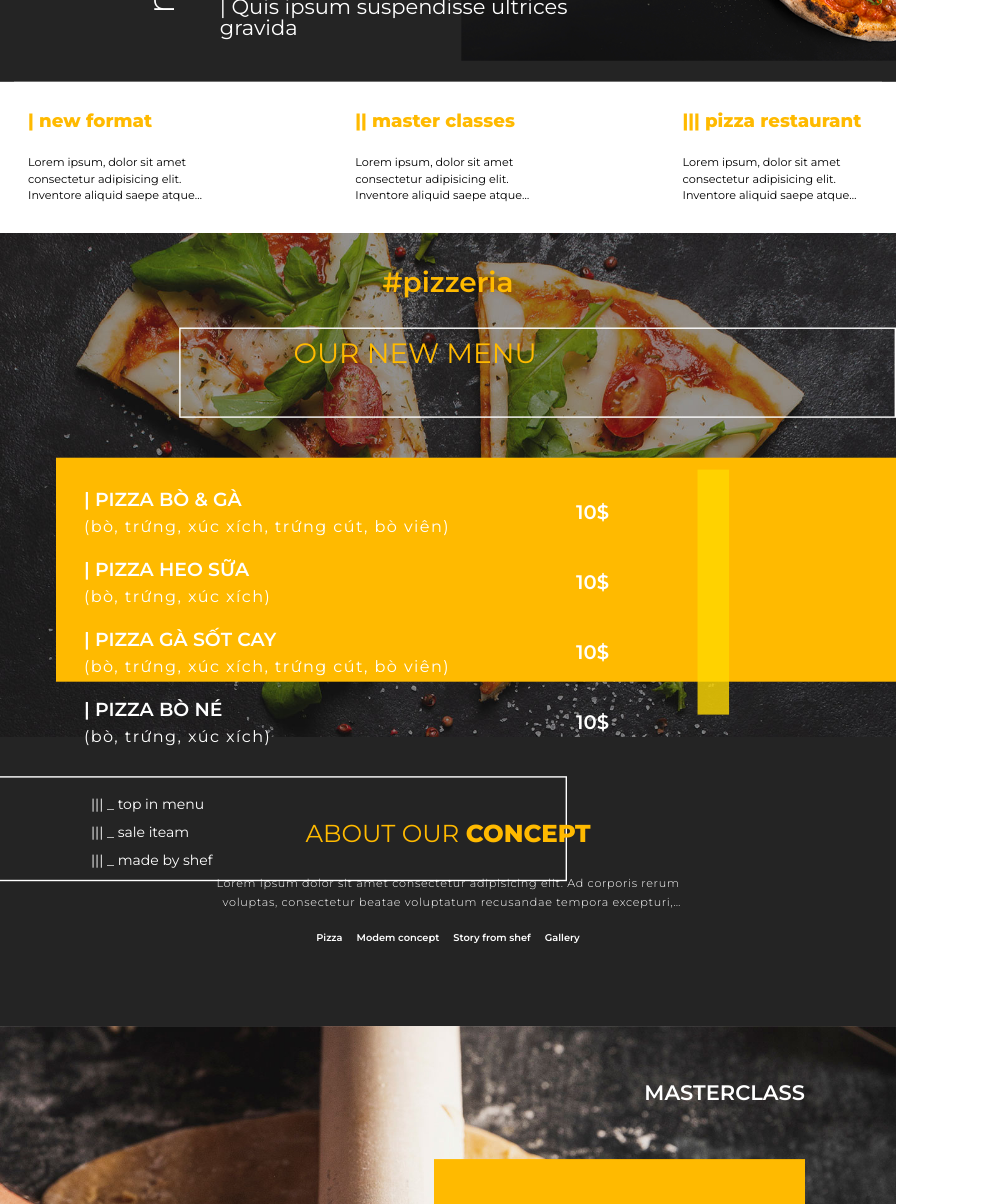
Repository: phu1204/pizzeria.github.io
Page: index.html
These files come from the project's save history. The page is drawn as it stood at one moment and after the next save; the edit follows.
The browser window is 1280 px wide. The page is 1419 px wide, so the pictures cover 1419 px, including what lies to the right of the window. The pictures show the part of the page from y = 1107 to 2827 px (the page is 4798 px tall), at 70% of full size.
The style sheet was rebuilt from its Sass, Less or Tailwind sources for each picture, by a compiler version that may differ from the author's.

Above is the page before, as saved 2021-07-29 22:05:31.

### index.html
<!DOCTYPE html>
<html lang="en">
  <head>
    <meta charset="UTF-8" />
    <meta http-equiv="X-UA-Compatible" content="IE=edge" />
    <meta name="viewport" content="width=device-width, initial-scale=1.0" />
    <title>#pizzeria</title>
    <link rel = "icon" href =
    "images/pizza.png"
            type = "image/x-icon">
    <link rel="preconnect" href="https://fonts.googleapis.com">
    <link rel="preconnect" href="https://fonts.gstatic.com" crossorigin>
    <link href="https://fonts.googleapis.com/css2?family=Montserrat:wght@300;400;600;800&display=swap" rel="stylesheet">
    <link rel="stylesheet" href="https://cdnjs.cloudflare.com/ajax/libs/font-awesome/5.15.3/css/all.min.css">
    <link rel="stylesheet" href="reset.css">
    <link rel="stylesheet" href="style.css">

  </head>
  <body>
      <div class="wrapper">
        <div class="container">
          <header id="header" class="header">
             <a href="#" class="header-logo">#pizzeria.</a>
             <nav class="header-menu">
               <ul class="header-list">
                 <li class="header-item"><a href="#menu" class="header-link">Menu</a></li>
                 <li class="header-item"><a href="#blog" class="header-link">Blog</a></li>
                 <li class="header-item"><a href="#about" class="header-link">About us</a></li>
                 <li class="header-item"><a href="#contact" class="header-link">Contacts</a></li>

               </ul>
               <i class="fas fa-times header-times"></i>
             </nav>
             <div class="header-info">
                <button href="" class="header-icon icon-search"><i class="fas fa-search"></i></button>
                <a href="" class="header-icon"><i class="fas fa-user"></i></a>
                <a href="" class="header-icon"><i class="fas fa-shopping-cart"></i></a>
             </div>
             <div class="header-bar">
                <i class="fas fa-bars"></i>
             </div>

             <div class="header-search">
                <input type="text" class="header-input" placeholder="Search">
             </div>
          </header>

          <section class="intro">
            <div class="intro-content">
              <div class="intro-title">
                <span class="intro-name intro--grand">grand</span>
                <span class="intro-name intro--opening">opening</span>
              </div>
              <a href="" class="button intro-button">read more</a>
            </div>
          </section>
        </div>

          <section  class="format">

            <div class="format-top">
                <div class="format-content">
                    <div class="format-title">new format</div>
                    <div class="format-info">
                      <h2 class="format-new">What new?</h2>
                      <ul class="format-list">
                        <li class="format-item">| Sed do eiusmod tempor incididunt ut Labore et</li>
                        <li class="format-item">| Dolore magna aliqua</li>
                        <li class="format-item">| Quis ipsum suspendisse ultrices gravida</li>
                      </ul>
                    </div>
                </div>
                <img src="images/format.png" alt="" class="format-img">
            </div>

            <div class="format-bottom  reveal">
              <div class="format-column">
                <h3 class="format-head">| new format</h3>
                <p class="fotmat-desc text">Lorem ipsum, dolor sit amet consectetur adipisicing elit. Inventore aliquid saepe atque quaerat ipsam tempore, quae perferendis laudantium esse architecto quas sint quia beatae id alias, sed dicta reprehenderit asperiores.</p>
              </div>
              <div class="format-column">
                <h3 class="format-head">|| master classes</h3>
                <p class="fotmat-desc text">Lorem ipsum, dolor sit amet consectetur adipisicing elit. Inventore aliquid saepe atque quaerat ipsam tempore, quae perferendis laudantium esse architecto quas sint quia beatae id alias, sed dicta reprehenderit asperiores.</p>
              </div>
              <div class="format-column">
                <h3 class="format-head">||| pizza restaurant</h3>
                <p class="fotmat-desc text">Lorem ipsum, dolor sit amet consectetur adipisicing elit. Inventore aliquid saepe atque quaerat ipsam tempore, quae perferendis laudantium esse architecto quas sint quia beatae id alias, sed dicta reprehenderit asperiores.</p>
              </div>
            </div>

          </section>

          <section id="menu" class="menu">
            <div class="menu-heading">
              <h2 class="menu-title  reveal">#pizzeria</h2>
              <p class="menu-order  reveal">our new menu</p>
            </div>
            <div class="menu-list  reveal">
              <div class="menu-item">
                <div class="menu-name">
                    <h3 class="menu-name-order"> | pizza bò & gà</h3>
                    <p class="menu-desc">(bò, trứng, xúc xích, trứng cút, bò viên)</p>
                </div>
                <p class="menu-price">10$</p>
              </div>
              <div class="menu-item">
                <div class="menu-name">
                    <h3 class="menu-name-order">| pizza heo sữa</h3>
                    <p class="menu-desc">(bò, trứng, xúc xích)</p>
                </div>
                <p class="menu-price">10$</p>
              </div>
              <div class="menu-item">
                <div class="menu-name">
                    <h3 class="menu-name-order">| pizza gà sốt cay</h3>
                    <p class="menu-desc">(bò, trứng, xúc xích, trứng cút, bò viên)</p>
                </div>
                <p class="menu-price">10$</p>
              </div>
              <div class="menu-item">
               <div class="menu-name">
                    <h3 class="menu-name-order">| pizza bò né</h3>
                    <p class="menu-desc">(bò, trứng, xúc xích)</p>
                </div>
                <p class="menu-price">10$</p>
              </div>
           </div>
           <div class="menu-bottom reveal">
             <p class="menu-hightlight">||| _ top in menu</p>
             <p class="menu-hightlight">||| _ sale iteam</p>
             <p class="menu-hightlight">||| _ made by shef</p>
           </div>

          </section>

          <section id="about"  class="about">
              <div class="about-body">
                <h2 class="about-title reveal">about our <span>concept</span></h2>
                <p class="about-desc text reveal">Lorem ipsum dolor sit amet consectetur adipisicing elit. Ad corporis rerum voluptas, consectetur beatae voluptatum recusandae tempora excepturi, temporibus quo veritatis ratione atque accusantium ea delectus eos harum culpa enim!</p>
                <ul class="about-list reveal">
                  <li class="about-item"><a href="">Pizza</a></li>
                  <li class="about-item"><a href="">Modem concept</a></li>
                  <li class="about-item"><a href="">Story from shef</a></li>
                  <li class="about-item"><a href="">Gallery</a></li>
                </ul>
              </div>
          </section>

          <section id="blog" class="class">
            <div class="class-content">
              <div class="class-name">
                <h1 class="class-caption reveal">masterclass</h1>
              </div>
              <div class="class-body reveal">
                <h2 class="class-heading">| the recipe for the most delicious pizza dough |</h2>
                <p class="class-desc">waiting for you</p>
                <div class="class-price">
                  <p class="class-info">price_<span>15$</span></p>
                  <p class="class-info">12:00-15:00</p>
                </div>
              </div>
                <a href="" class="class-button reveal">apply</a>
            </div>
          </section>

          <section id="contact" class="gallery ">
            <h2 class="gallery-heading reveal">gallery</h2>
            <div class="gallery-img ">
              <img src="./images/pizzaleft.jpg" alt="" class="gallery-img-item reveal">
              <img src="./images/pizzacenter.jpg" alt="" class="gallery-img-item reveal">
              <img src="./images/pizzaright.jpg" alt="" class="gallery-img-item reveal">
            </div>

            <div class="gallery-bottom">
              <h2 class="gallery-title">#pizzeria.</h2>
              <div class="gallery-content">
                <div class="gallery-desc reveal">Lorem ipsum dolor sit amet consectetur, adipisicing. Dolores dolorum, quia consectetur iste officia eligendi! consectetur nemo, reiciendis repudiandae nesciunt dolor id numquam laborum temporibus fuga</div>

              <div class="gallery-contact">
                <div class="gallery-social reveal">
                  <p class="gallery-block">| find us here</p>
                  <div class="gallery-link">
                    <i class="fab fa-instagram"></i>

                    <i class="fab fa-facebook"></i>

                    <i class="fab fa-twitter"></i>

                    <i class="fab fa-whatsapp"></i>

                    <i class="fab fa-google"></i>
                  </div>

                </div>

                <div class="gallery-info reveal">
                  <p class="gallery-block">| ask us here</p>
                  <a href="" class="gallery-web">www.#pizzeria.com</a>

                </div>
              </div>
            </div>
          </div>
          </section>

          <a href="#" class="ontop" >
            <i class="fas fa-arrow-up"></i>
          </a>

          <footer id="footer" class="footer ">
            <div class="footer-about footer-repon reveal">
              <h3 class="footer-title">about</h3>
              <p class="footer-desc text">
                Lorem ipsum dolor, sit amet consectetur adipisicing elit. Amet magnam laudantium fuga sed aliquid doloremque quos repellendus quis. Est non laboriosam incidunt recusandae, sed natus dignissimos eaque pariatur culpa esse.
              </p>

            </div>

              <div class="footer-item footer-repon reveal">
                <h3 class="footer-title">menu</h3>

                <ul>
                  <li class="footer-link"><a href="" class="footer-item-link">Team</a></li>
                  <li class="footer-link"><a href="" class="footer-item-link">Join us</a></li>
                  <li class="footer-link"><a href="" class="footer-item-link">Ethic</a></li>
                  <li class="footer-link"><a href="" class="footer-item-link">Goals</a></li>
                </ul>
              </div>

              <div class="footer-item footer-repon reveal">
                <h3 class="footer-title">shef</h3>
                <ul>
                  <li class="footer-link"><a href="" class="footer-item-link">Team</a></li>
                  <li class="footer-link"><a href="" class="footer-item-link">Join us</a></li>
                  <li class="footer-link"><a href="" class="footer-item-link">Ethic</a></li>
                  <li class="footer-link"><a href="" class="footer-item-link">Goals</a></li>
                </ul>
              </div>

              <div class="footer-item footer-repon reveal">
                <h3 class="footer-title">contact</h3>
                <ul>
                  <li class="footer-link"><a href="" class="footer-item-link">Team</a></li>
                  <li class="footer-link"><a href="" class="footer-item-link">Join us</a></li>
                  <li class="footer-link"><a href="" class="footer-item-link">Ethic</a></li>
                  <li class="footer-link"><a href="" class="footer-item-link">Goals</a></li>
                </ul>
              </div>
        </footer>

      </div>
    <script type="text/javascript" src="https://cdnjs.cloudflare.com/ajax/libs/jquery/3.6.0/jquery.min.js"></script>
    <script src="js/main.js"></script>
    <script src="js/search.js"></script>

  </body>
</html>

### reset.css
html,
body,
div,
span,
applet,
object,
iframe,
h1,
h2,
h3,
h4,
h5,
h6,
p,
blockquote,
pre,
a,
abbr,
acronym,
address,
big,
cite,
code,
del,
dfn,
em,
img,
ins,
kbd,
q,
s,
samp,
small,
strike,
strong,
sub,
sup,
tt,
var,
b,
u,
i,
center,
dl,
dt,
dd,
ol,
ul,
li,
fieldset,
form,
label,
legend,
table,
caption,
tbody,
tfoot,
thead,
tr,
th,
td,
article,
aside,
canvas,
details,
embed,
figure,
figcaption,
footer,
header,
hgroup,
menu,
nav,
output,
ruby,
section,
summary,
time,
mark,
audio,
video {
  margin: 0;
  padding: 0;
  border: 0;
  font-size: 100%;
  font: inherit;
  vertical-align: baseline;
}
/* HTML5 display-role reset for older browsers */
article,
aside,
details,
figcaption,
figure,
footer,
header,
hgroup,
menu,
nav,
section {
  display: block;
}
body {
  line-height: 1;
}
ol,
ul {
  list-style: none;
}
blockquote,
q {
  quotes: none;
}
blockquote:before,
blockquote:after,
q:before,
q:after {
  content: "";
  content: none;
}
table {
  border-collapse: collapse;
  border-spacing: 0;
}
*,
*:before,
*:after {
  box-sizing: border-box;
}
/* using rem unit */
html {
  font-size: 62.5%;
}
a {
  text-decoration: none;
  color: white;
}
img {
  display: block;
  max-width: 100%;
}
body {
  font-family: "Montserrat", sans-serif;
  font-size: 16px;
  line-height: 1;
}
input,
button,
textarea,
select {
  outline: none;
  font-family: "Montserrat", sans-serif;
  font-size: 16px;
  line-height: 1;
}
input {
  line-height: normal;
}
button {
  cursor: pointer;
  border: none;
  outline: none;
  background-color: transparent;
}

### style.scss
@import"scss/global";
@import"scss/header";
@import"scss/variables";
@import"scss/intro";
@import"scss/format";
@import"scss/menu";
@import"scss/about";
@import"scss/class";
@import"scss/gallery";
@import"scss/footer";
@import"scss/animation";

### scss/_global.scss
.container{
  background: url(./images/hero-img.jpg) no-repeat center/cover;
  width: 100%;
  margin: 0 auto;
  height: 100vh;
  position: relative;
}

html{
  scroll-behavior: smooth;
  -webkit-overflow-scrolling: touch;
}

.wrapper{
  max-width: 100%;
  position: relative;

}

.button{
  padding: 20px 40px;
  border: 4px solid #fff;
  font-size: 30px;
  text-transform: uppercase;
  color: white;
  font-weight: 600;
}

.text{
  font-weight: 300;
  font-size: 16px;
  margin-top: 35px;
  line-height: 1.5;
  color: black;
  font-weight: 400;
  display:-webkit-box;
  -webkit-line-clamp:3;
  -webkit-box-orient: vertical;
  overflow: hidden;
  text-overflow: ellipsis;
  word-break: break-word;
}

@media screen and (max-width: 1279px) {
  .container {

      background-position: top;
      height: 960px;
  }
}

@media screen and (max-width: 1023px) {
  .container {
    background-position: top;
    height: 960px;
}
}

@media screen and (max-width: 767px) {
  .container {
    background-size: auto 800px;
    background-position: center;
    height: 800px;
    background-color: #242424;
}
}


.reveal{
  opacity: 0;
  transform: translateY(100%);
  transition: all 0.4s linear;
}

.reveal.active{
  opacity: 1;
  transform: translateY(0);
  transition: all 0.3s linear;
  // .gallery-title::before{
  //     display: none;
  // }
}

.ontop{
  position: fixed;
  right: 60px;
  z-index: 99;
  bottom: 80px;
  width: fit-content;
  background-color: #ffba00;
  border-radius: 100rem;
  cursor: pointer;
  i{
     padding: 18px;
     font-size: 15px;
     color: white;
  }
  display: none;
  animation: bottotop 0.4s linear;
}

@media screen and (max-width: 1023px) {
  .ontop{
    right: 30px;
  }
}

### scss/_variables.scss
$black-gray: #242424;

### scss/_menu.scss
.menu{
  background: url(./images/menu.jpg) no-repeat center/cover;
  width: 100%;
  height: 100vh;
  position: relative;
  display: flex;
  flex-direction: column;
  align-items: center;
  padding: 50px 0;
  color: white;
  &-heading{
      width: 100%;
      text-align: center;
  }
  &-title{
      font-size: 40px;
      color: #ffba00;
      margin-bottom: 45px;
      font-weight: 600;
  }

  &-order{
    font-size: 40px;
    color: #ffba00;
    width: 80%;
    text-align: center;
    padding: 15px 350px 70px 0;
    margin-left: auto;
    border: 2px solid white;
    text-transform: uppercase;
    margin-bottom: 12px;
  }

  &-list {
      width: 1200px;
      margin-left: auto;
      padding: 60px 50px 0 40px;
      margin-bottom: 50px;
      position: relative;
      z-index: 2;
      max-width: 100%;
  }

  &-list::before{
    content: "";
    position: absolute;
    width: 100%;
    height: 320px;
    background-color: #ffba00;
    z-index: -2;
    // transform: translate(-50%,-50%);
    top: 45px;
    left: 0;
    }

    &-list::after{
        content: "";
        position: absolute;
        width: 45px;
        height: 350px;
        background-color: rgba(255, 217, 0, 0.801);

        top: calc(50% + 7px);
        right:  18%;
        transform: translate(-50%,-50%);
        z-index: -1;
    }

  &-item{
      display: flex;
      align-items: center;
      justify-content: space-between;
      line-height: 1.5;
      width: 750px;
      max-width: 100%;
  }

  &-desc{
      font-size: 23px;
      letter-spacing: 2px;
  }

  &-name-order{
      text-transform: uppercase;
      font-size: 27px;
      font-weight: 600;
  }

  &-item{
        margin-top: 25px;
  }

  &-price{
      font-size: 28px;
      font-weight: 600;
  }

  &-bottom{
    width: 1100px;
    margin-left: auto;
    padding-top: 20px;

    margin-bottom: 70px;
    position: relative;
    right: 50px;
  }

  &-bottom::before{
    content: "";
    position: absolute;
    background-color: transparent;
    width: 1000px;
    height: 150px;
    border: 2px solid white;
    transform: translate(-32%,-20%);
  }

  &-hightlight{
      font-size: 20px;
  }

  &-hightlight:not(:first-child){
    margin-top: 20px;
}

  @media screen and (max-width: 1279px) {
    height: 80vh;
    &-bottom{
      padding-left: 50px;
      margin-right: auto;
      right: 0;
    }

    &-title{
      margin-bottom: 50px;
    }
    &-order{
      margin-bottom: 40px;
    }

    &-list{
      margin-bottom: 120px;
    }
  }

  @media screen and (max-width: 1023px) {
      height: 85vh;
      &-title{
        margin-bottom: 50px;
      }
      &-order{
        margin-bottom: 0;
        padding: 15px 195px 50px 0;
        font-size: 35px;
      }

      &-name-order{
        font-size: 22px;
      }
      &-list{
        margin-bottom: 70px;
        padding-top: 65px;
      }
      &-list::before{
        height: 280px;
      }
      &-item{
        width: 650px;
        margin-top: 20px;
      }
      &-desc{
        font-size: 18px;
      }
      &-bottom::before{
        width: 750px;
      }

  }

  @media screen and (max-width: 767px) {
    height: 100vh;
    &-heading{
      padding: 0 5px;
    }
    &-order{
      padding: 5px 5px;
      width: 100%;
      font-size: 30px;
    }
    &-desc{
      display: none;
    }
    &-list{
        padding: 50px 25px 0 10px;
        max-width: 100%;
    }
    &-list::after{
      height: 310px;
      top: 10%;
      right: 3%;
    }
    &-bottom{
      max-width: 100%;
    }
    &-bottom::before{
      max-width: 100%;
      transform: none;
      left: 0;
      top: 0;
    }
  }




}

### scss/_about.scss
.about{
    padding: 120px 20px;
    display: flex;
    flex-direction: column;
    justify-content: center;
    align-items: center;
    text-align: center;
    background-color: #242424;
    max-width: 100%;
    &-body{
        width: 700px;
    }
    &-title{
        margin-bottom: 40px;
        font-size: 35px;
        text-transform: uppercase;
        color: #ffba00;
        span{
            font-weight: 800;

        }
    }

    &-desc{
        margin-bottom: 30px;
        font-weight: 200;
        line-height: 1.7;
        display:-webkit-box;
        -webkit-line-clamp:2;
        -webkit-box-orient: vertical;
        overflow: hidden;
        text-overflow: ellipsis;
        word-break: break-word;
        color: white;
        letter-spacing: 1px;
    }

    &-list{
        display: flex;
        align-items: center;
        justify-content: center;
    }

    &-item{
        margin: 0 10px;
        font-size: 14px;
        font-weight: 600;
    }
    @media screen and (max-width: 767px) {
        padding: 100px 20px;
        &-body{
            max-width: 100%;
        }
        &-item{
            font-size: 10px;
        }

    }

}

### scss/_footer.scss
.footer {
  padding: 70px 100px;
  color: white;
  display: flex;
  align-items: center;
  justify-content: center;
  background-color: #483500;
  max-width: 100%;
  flex-wrap: wrap;

  &-about{
      width: 280px;
      margin-right: 180px;
  }

  &-item:not(:last-child){
      margin-right: 150px;
  }
  &-item{
      line-height: 1.5;
  }

  &-desc{
      color: white;
      line-height: 1.5;
  }

  &-title{
      margin-bottom: 35px;
      font-size: 17px;
      font-weight: 600;
      text-transform: uppercase;
  }
  @media screen and (max-width: 767px) {
      padding: 0 0 0 10px;
    //   gap: 10px;
    &-title {
        margin-bottom: 10px;
    }
    &-repon{
        flex: 1 1 50%;
        width: 100%;
        padding: 10px;
    }
    &-about{
        margin-right: 0;
    }
    &-item:not(:last-child){
        margin-right: 0;
    }
  }

}

### scss/_animation.scss
@keyframes lefttoright{
    from{
        opacity: 0;
        transform: translateX(-100%);
    }
    to{
        opacity: 1;
        transform: translateX(0);
     }
}

@keyframes righttoleft{
    from{
        opacity: 0;
        transform: translateX(100%);
    }
    to{
        opacity: 1;
        transform: translateX(0);
     }
}

@keyframes bottotop{
    from{
        opacity: 0;
        transform: translateY(100%);
    }
    to{
        opacity: 1;
        transform: translateX(0);
     }
}

@keyframes toptobot{
    from{
        opacity: 0;
        transform: translateY(-200%);
    }
    to{
        opacity: 1;
        transform: translateX(0);
     }
}

@keyframes fadeOut{
    from{
        opacity: 0;
        transform: scale(1);
    }
    to{
        opacity: 1;
        transform: scale(0);
     }
}

Loaded but not shown: js/main.js (59 lines, source omitted); js/search.js (6 lines, source omitted); scss/_header.scss (236 lines, source omitted); scss/_format.scss (210 lines, source omitted); scss/_gallery.scss (165 lines, source omitted); scss/_intro.scss (107 lines, source omitted); scss/_class.scss (102 lines, source omitted)

After the next save:
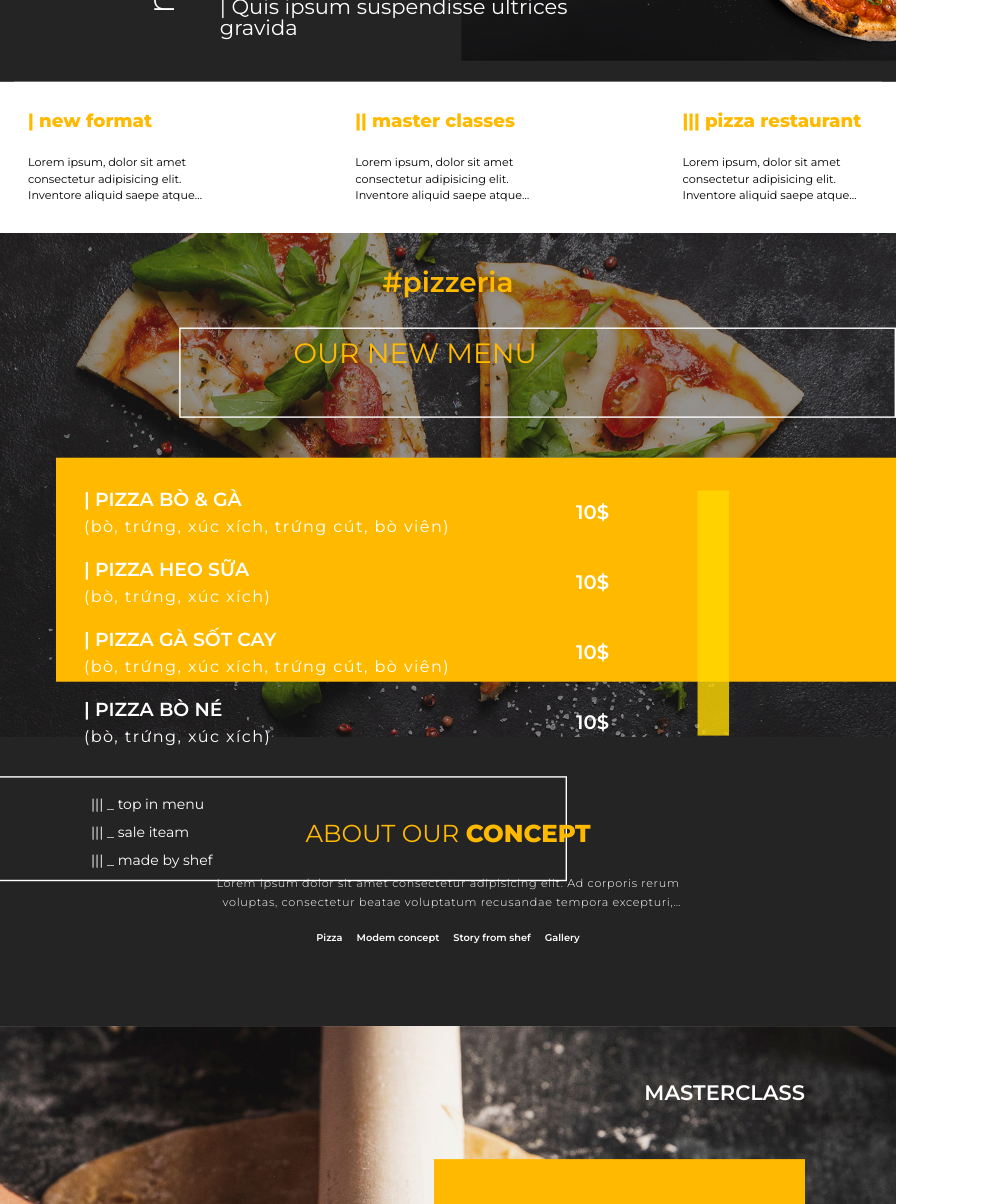
Saved 4 s later.
--- a/scss/_menu.scss
+++ b/scss/_menu.scss
@@ -60,7 +60,7 @@
         height: 350px;
         background-color: rgba(255, 217, 0, 0.801);
 
-        top: calc(50% + 7px);
+        top: calc(50% + 37px);
         right:  18%;
         transform: translate(-50%,-50%);
         z-index: -1;
